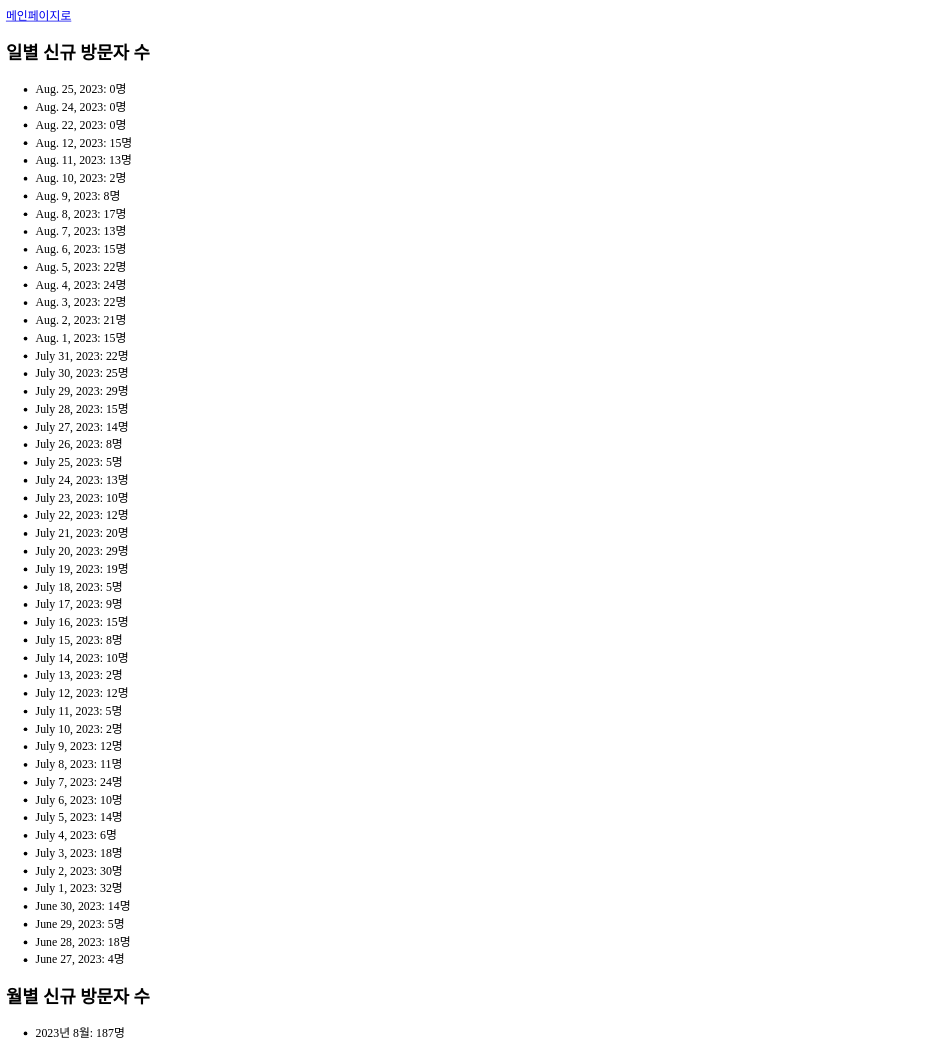
Repository: leeenzang/realmo
Page: http://localhost/newvisit/new/
These files come from the project's save history. The page is drawn as it stood at one moment and after the next save; the edit follows.
The browser window is 1280 px wide. The pictures show the whole page, at 74% of full size.
The page is served by the project's application, run on Django 4.2 (manage.py). The page reads the database file committed with the project.

Above is the page before, as saved 2023-08-25 12:53:10.

After the next save:
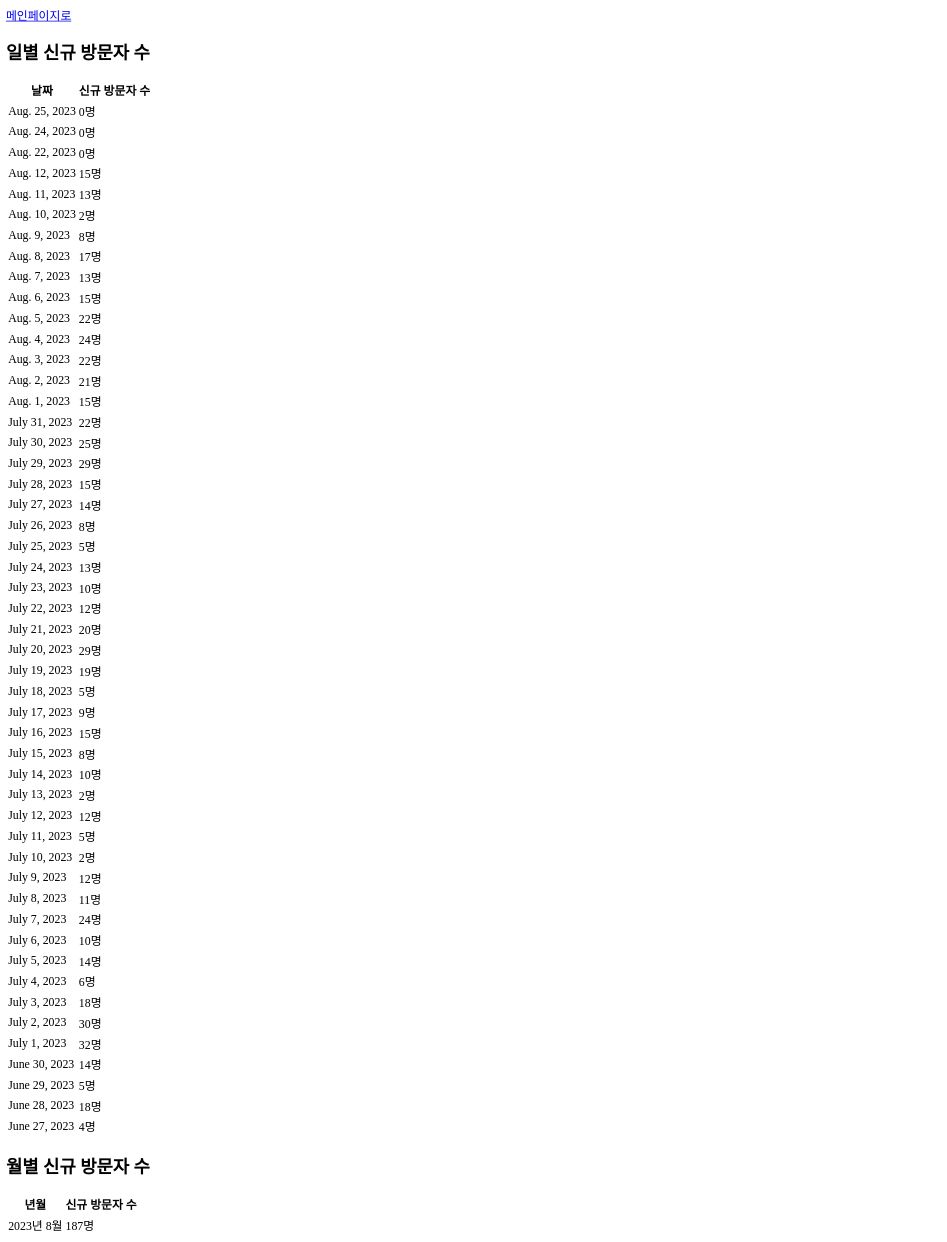
Saved 5 min 23 s later.
--- a/newvisit/templates/newvisit/new_visitors.html
+++ b/newvisit/templates/newvisit/new_visitors.html
@@ -3,18 +3,44 @@
 {% block content %}
 <a href="{% url 'home' %}" class="btn btn-primary">메인페이지로</a>
 
+<div class="container mt-5">
     <h2>일별 신규 방문자 수</h2>
-    <ul>
-        {% for visitor in daily_visitors %}
-            <li>{{ visitor.date }}: {{ visitor.new_visitors_count }}명</li>
-        {% endfor %}
-    </ul>
+    <table class="table table-bordered table-hover">
+        <thead>
+            <tr>
+                <th>날짜</th>
+                <th>신규 방문자 수</th>
+            </tr>
+        </thead>
+        <tbody>
+            {% for visitor in daily_visitors %}
+            <tr>
+                <td>{{ visitor.date }}</td>
+                <td>{{ visitor.new_visitors_count }}명</td>
+            </tr>
+            {% endfor %}
+        </tbody>
+    </table>
+</div>
 
+<div class="container mt-5">
     <h2>월별 신규 방문자 수</h2>
-    <ul>
-        {% for visitor in monthly_visitors %}
-            <li>{{ visitor.year }}년 {{ visitor.month }}월: {{ visitor.new_visitors_count }}명</li>
-        {% endfor %}
-    </ul>
+    <table class="table table-bordered table-hover">
+        <thead>
+            <tr>
+                <th>년월</th>
+                <th>신규 방문자 수</th>
+            </tr>
+        </thead>
+        <tbody>
+            {% for visitor in monthly_visitors %}
+            <tr>
+                <td>{{ visitor.year }}년 {{ visitor.month }}월</td>
+                <td>{{ visitor.new_visitors_count }}명</td>
+            </tr>
+            {% endfor %}
+        </tbody>
+    </table>
+</div>
 
 {% endblock %}
